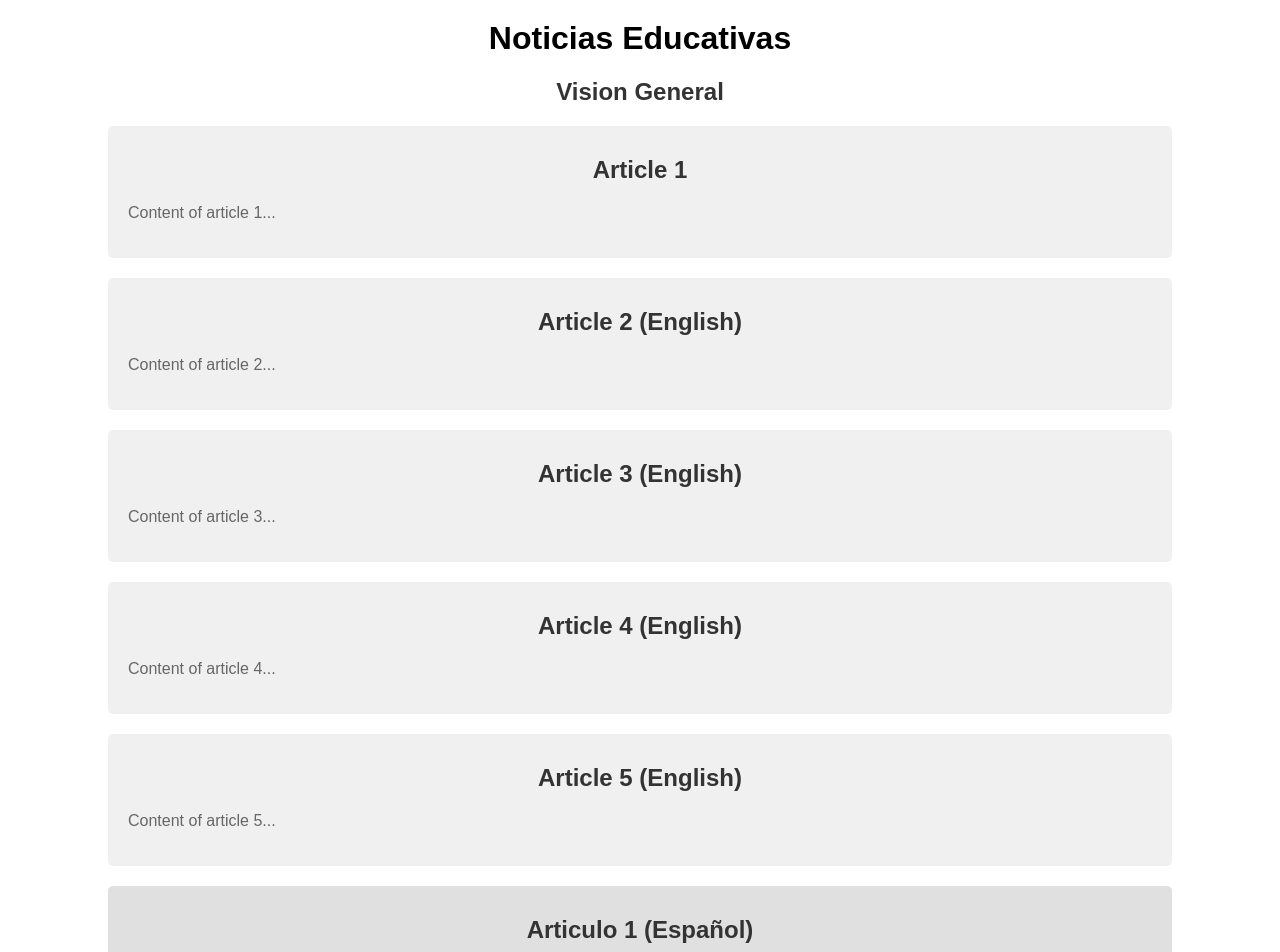
Repository: ByteFros/ramon
Page: ejercicio.html
An editor plug-in stored every save of this project. The page is shown before and after the next save, followed by the edit.
The browser window is 1280 px wide. The pictures show the part of the page from y = 0 to 952 px (the page is 1735 px tall before and 1771 px after).
A picture or video elsewhere on the page could not be fetched, so the positions and the page height are approximate.

Above is the page before, as saved 2024-02-06 19:12:15.

### ejercicio.html
<!DOCTYPE html>
<html lang="en">
<head>
    <meta charset="UTF-8">
    <meta name="viewport" content="width=device-width, initial-scale=1.0">
    <link rel="stylesheet" href="style.css">
    <title>Document</title>
</head>
<body>
<h1>Noticias Educativas</h1>
<h2>Vision General</h2>

<!-- English Articles -->
<article class="english-article">
    <h2>Article 1 </h2>
    <p>Content of article 1...</p>
</article>

<article class="english-article">
    <h2>Article 2 (English)</h2>
    <p>Content of article 2...</p>
</article>

<article class="english-article">
    <h2>Article 3 (English)</h2>
    <p>Content of article 3...</p>
</article>

<article class="english-article">
    <h2>Article 4 (English)</h2>
    <p>Content of article 4...</p>
</article>

<article class="english-article">
    <h2>Article 5 (English)</h2>
    <p>Content of article 5...</p>
</article>
<!-- articulos en español -->
<article class="spanish-article">
    <h2>Articulo 1 (Español)</h2>
    <p>Contenido del articulo 1...</p>
</article>

<article class="spanish-article">
    <h2>Articulo 2 (Español)</h2>
    <p>Contenido del articulo 2...</p>
</article>

<article class="spanish-article">
    <h2>Articulo 3 (Español)</h2>
    <p>Contenido del articulo 3...</p>
</article>

<article class="spanish-article">
    <h2>Articulo 4 (Español)</h2>
    <p>Contenido del articulo 4...</p>
</article>

<article class="spanish-article">
    <h2>Articulo 5 (Español)</h2>
    <p>Contenido del articulo 5...</p>
</article>

<!-- RSS Feed -->
<div>
    <a href="rss_feed.xml">
        <img src="logo.png" alt="RSS Feed Logo">
    </a>
</div>


</body>
</html>

### style.css
/* Estilo para el cuerpo del documento */
body {
    font-family: Arial, sans-serif;
    margin: 0;
    padding: 0;
}

/* Estilo para el título principal */
h1 {
    text-align: center;
    margin-top: 20px;
}

/* Estilo para el subtítulo */
h2 {
    text-align: center;
    margin-top: 10px;
}

/* Estilo para los artículos en inglés */
.english-article {
    background-color: #f0f0f0;
    padding: 20px;
    margin: 20px auto;
    border-radius: 5px;
    width: 80%;
}

/* Estilo para los artículos en español */
.spanish-article {
    background-color: #e0e0e0;
    padding: 20px;
    margin: 20px auto;
    border-radius: 5px;
    width: 80%;
}

/* Estilo para los títulos de los artículos */
h2 {
    color: #333;
}

/* Estilo para los párrafos de los artículos */
p {
    color: #666;
}

/* Estilo para el contenedor del feed RSS */
div {
    text-align: center;
    margin-top: 30px;
}

/* Estilo para el logo del feed RSS */
div img {
    width: 100px;
    height: auto;
}

After the next save:
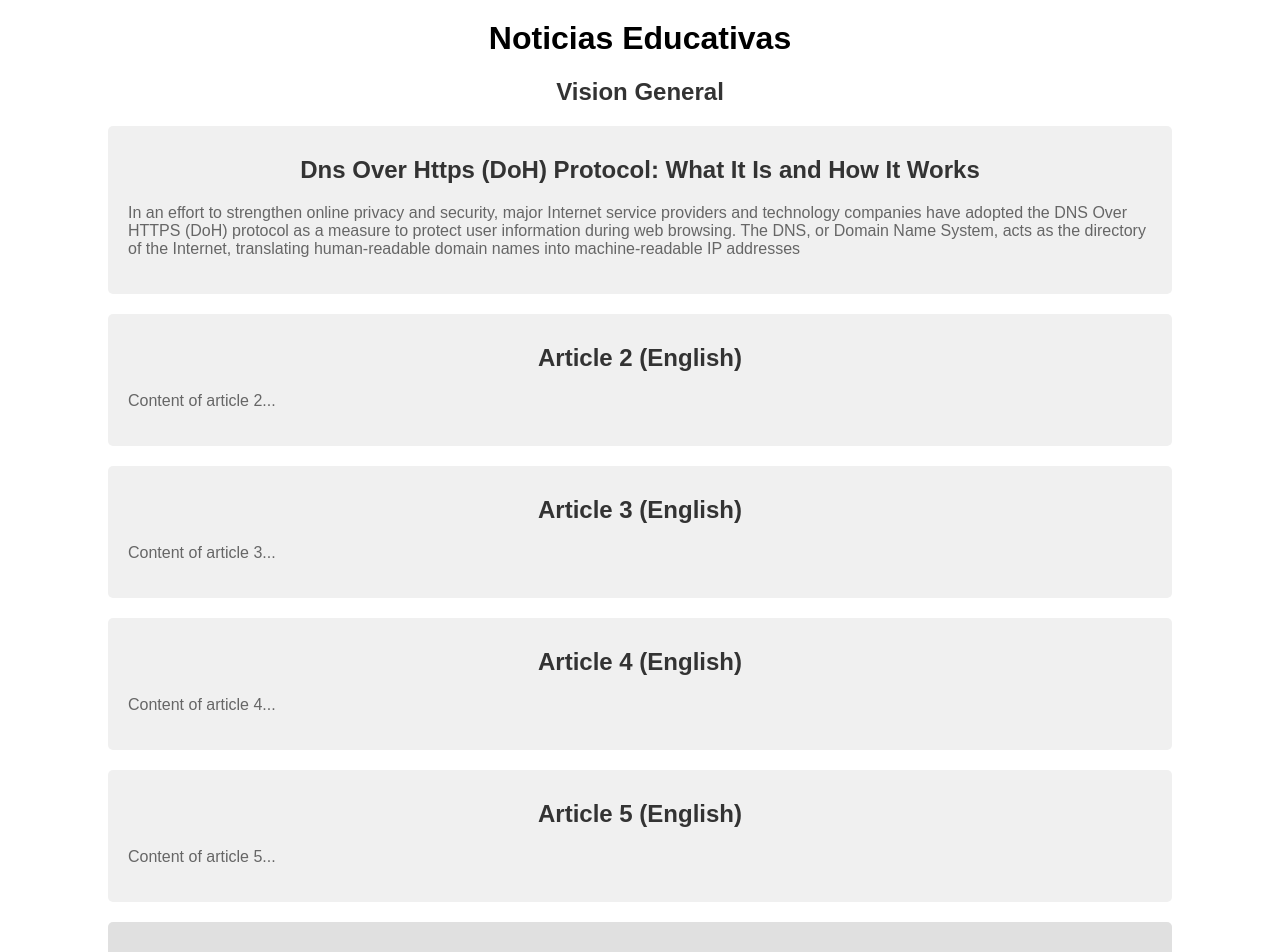
Saved 2 min 34 s later.
--- a/ejercicio.html
+++ b/ejercicio.html
@@ -12,8 +12,10 @@
 
 <!-- English Articles -->
 <article class="english-article">
-    <h2>Article 1 </h2>
-    <p>Content of article 1...</p>
+    <h2>
+    Dns Over Https (DoH) Protocol: What It Is and How It Works
+    </h2>
+    <p>In an effort to strengthen online privacy and security, major Internet service providers and technology companies have adopted the DNS Over HTTPS (DoH) protocol as a measure to protect user information during web browsing. The DNS, or Domain Name System, acts as the directory of the Internet, translating human-readable domain names into machine-readable IP addresses</p>
 </article>
 
 <article class="english-article">
